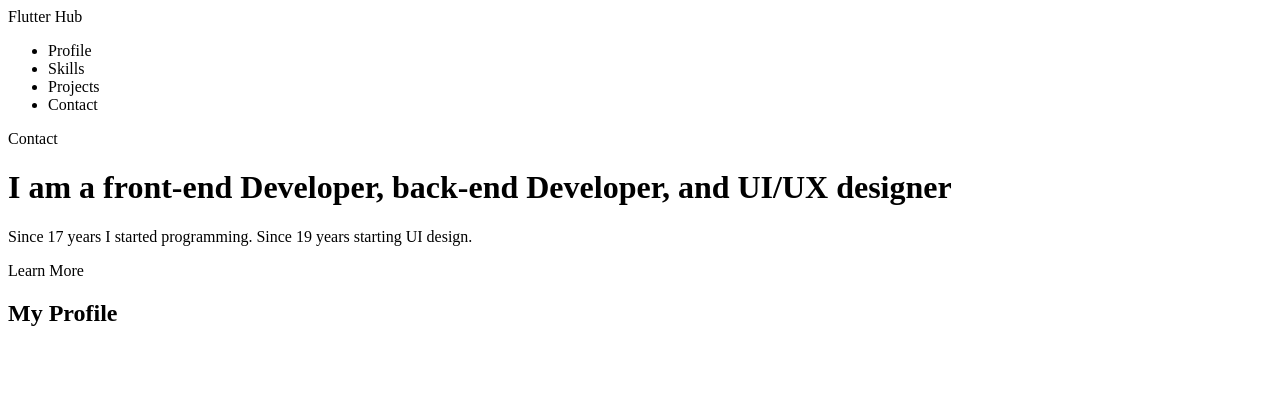
Repository: fhub-1/tutorial
Page: /
An editor plug-in stored every save of this project. The page is shown before and after the next save, followed by the edit.
The browser window is 1280 px wide. The pictures show the whole page.
The project was rebuilt for these pictures with package versions that can differ from the ones it lists, and the page was loaded fresh each time. The framework's server and built-in components were replaced by stand-ins that run in the browser. Also part of the build but not shown: next.config.js.

Above is the page before, as saved 2021-06-22 14:06:16.

After the next save:
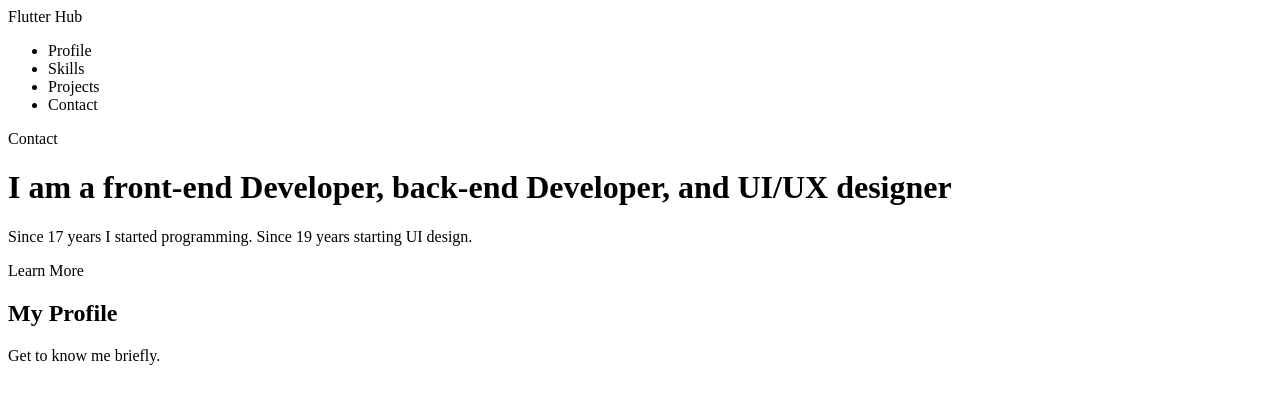
Saved 2 min 9 s later.
--- a/pages/index.js
+++ b/pages/index.js
@@ -38,6 +38,7 @@
       <section className="py-24">
         <div className="containeter mx-auto">
           <h2 className="text-2xl font-semi font-mono text-center">My Profile</h2>
+         <p>Get to know me briefly.</p>
         </div>
       </section>
       {/* end of profile section */}
